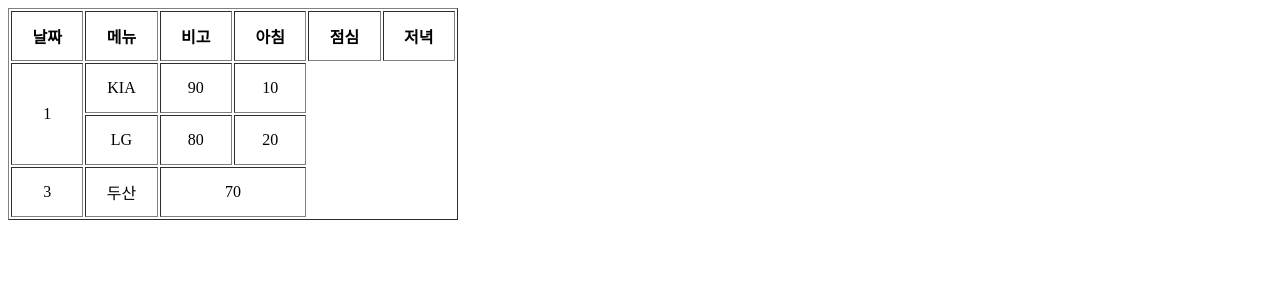
Repository: Cheol-Cheol/KOSA
Page: Kcc_web/Html/WebContent/mission/2.html
The author's editor kept a copy of each file at every save. The page is drawn from the files as they stood at one save, then again after the next save.
The browser window is 1280 px wide. The pictures show the whole page.

Above is the page before, as saved 2024-07-08 05:33:37.

After the next save:
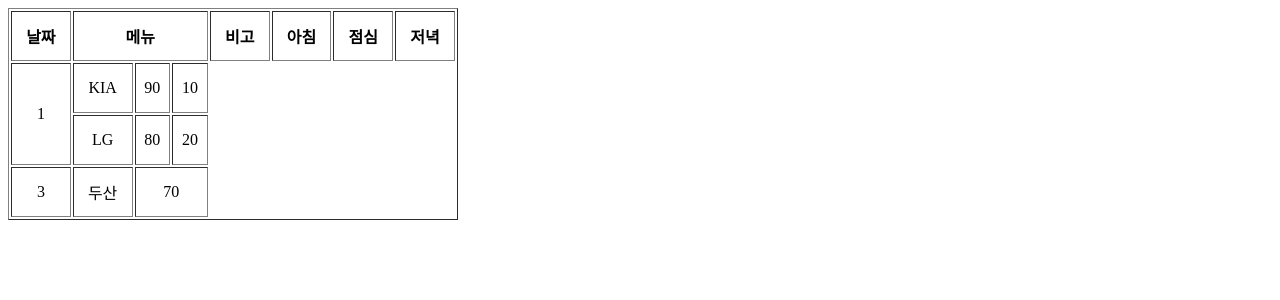
Saved 18 s later.
--- a/Kcc_web/Html/WebContent/mission/2.html
+++ b/Kcc_web/Html/WebContent/mission/2.html
@@ -9,7 +9,7 @@
 		<thead>
 			<tr height="50" align="center">
 				<th rowspan = "2">날짜</th>
-				<th>메뉴</th>
+				<th colspan="3">메뉴</th>
 				<th>비고</th>
 				<th>아침</th>
 				<th>점심</th>
